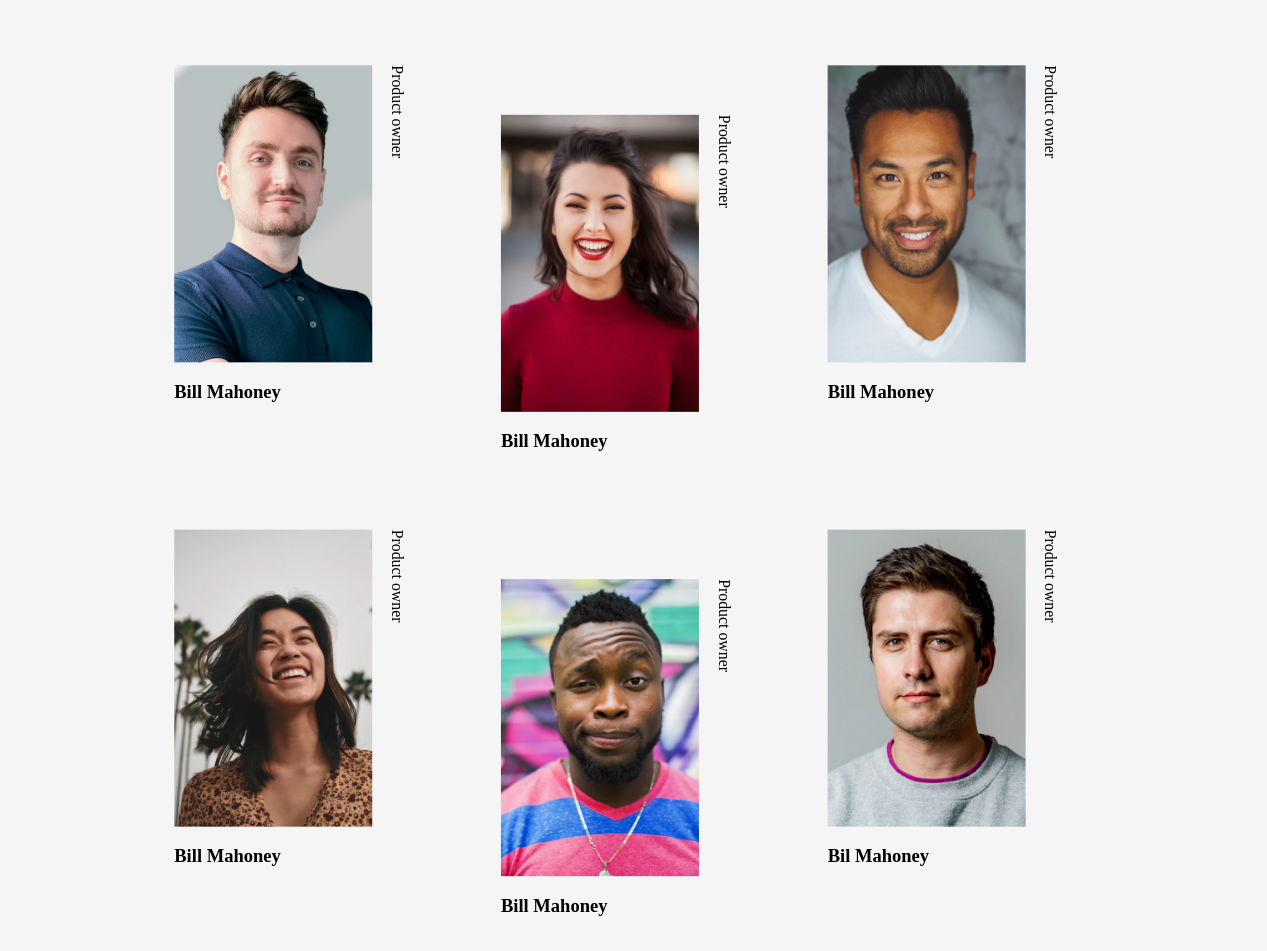
Repository: georgisenze/my-team-page-challeng
Page: index.html
An editor plug-in stored every save of this project. The page is shown before and after a run of saves, followed by the edit.
The browser window is 1280 px wide. The pictures show the whole page, at 99% of full size.

Above is the page before, as saved 2023-02-22 22:25:54.

After the next 3 saves:
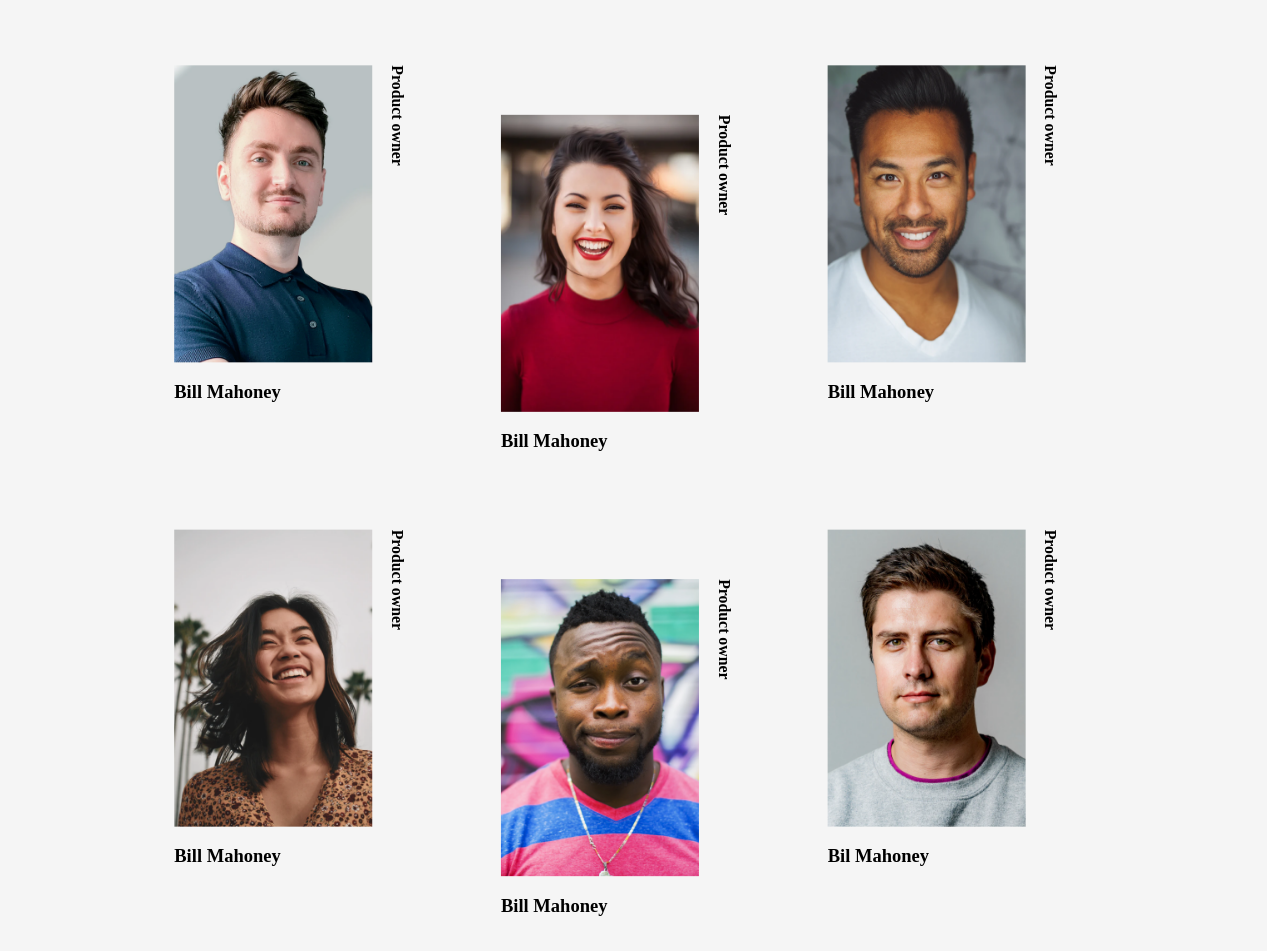
The 3 saves are shown as one change because they came seconds apart.
The last was saved 23 s later.
--- a/assets/css/style.css
+++ b/assets/css/style.css
@@ -34,7 +34,7 @@
   span p {
     writing-mode: vertical-rl;
     text-orientation: mixed;
-    font-weight: 800px;
+    font-weight: bold;
   }
 
   label {
